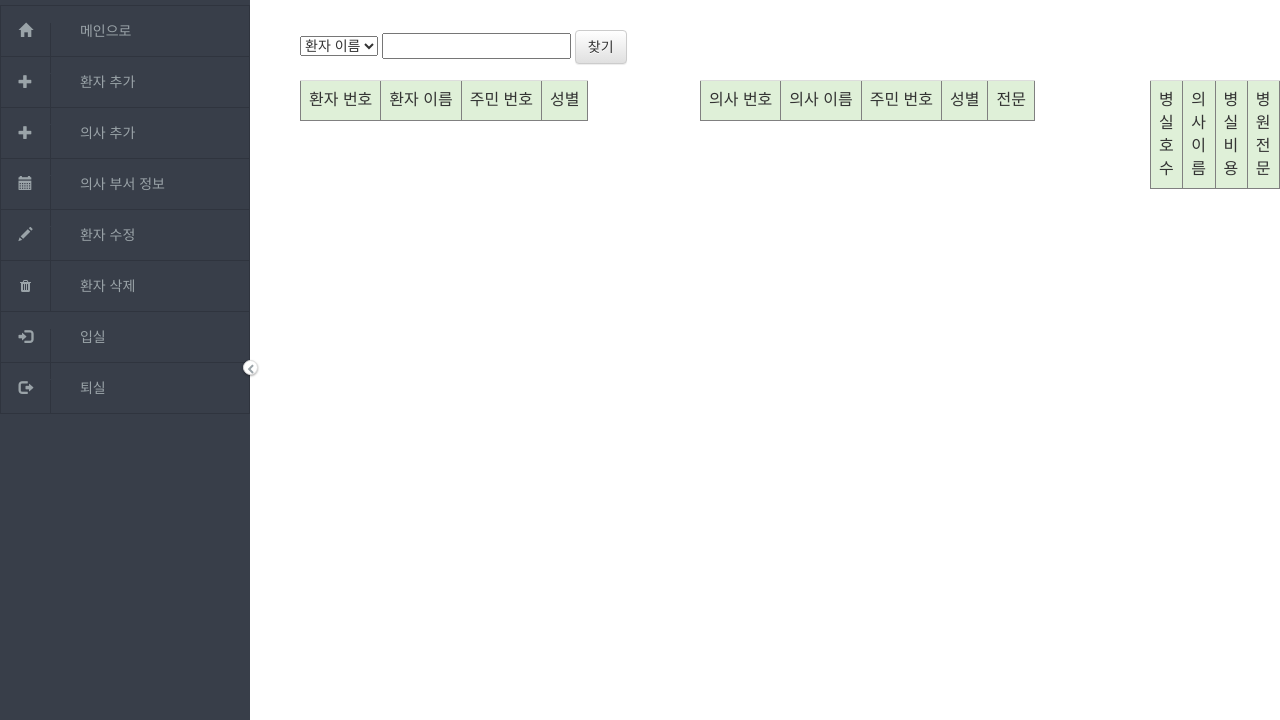
Repository: qaws1134/Hospital_manager
Page: http://localhost/project/main.jsp
An editor plug-in stored every save of this project. The page is shown before and after the next save, followed by the edit.
The browser window is 1280 px wide. The pictures show the whole page.
Some web libraries are served in a nearby version. The page is served by Tomcat 9. Other server files are loaded and not shown. The template is opened directly, without the code that normally fills it, so the values that code supplies are empty.

Above is the page before, as saved 2017-12-09 17:21:12.
Console error (its wording comes from the project's code and is left out).

### project/WebContent/main.jsp
<%@ page language="java" contentType="text/html; charset=UTF-8"
    pageEncoding="UTF-8"%>
<%@ taglib uri="http://java.sun.com/jsp/jstl/core" prefix="c" %>

<html lang="kr">
	<head>

	<meta http-equiv="Content-Type" content="text/html" charset="UTF-8">
	<title>http://www.blueb.co.kr</title>
<link rel="stylesheet" href="http://netdna.bootstrapcdn.com/font-awesome/4.3.0/css/font-awesome.min.css">
<!-- 합쳐지고 최소화된 최신 CSS -->
<link rel="stylesheet" href="https://maxcdn.bootstrapcdn.com/bootstrap/3.3.2/css/bootstrap.min.css">
<!-- 부가적인 테마 -->
<link rel="stylesheet" href="https://maxcdn.bootstrapcdn.com/bootstrap/3.3.2/css/bootstrap-theme.min.css">

<!-- 합쳐지고 최소화된 최신 자바스크립트 -->
<script src="https://maxcdn.bootstrapcdn.com/bootstrap/3.3.2/js/bootstrap.min.js"></script>

<style type="text/css">
input[type="checkbox"]#menu_state {
  display: none;
}
input[type="checkbox"]:checked ~ nav {
  width: 250px;
}
input[type="checkbox"]:checked ~ nav label[for="menu_state"] i::before {
  content: "\f053";
}
input[type="checkbox"]:checked ~ nav ul {
  width: 100%;
}
input[type="checkbox"]:checked ~ nav ul li a i {
  border-right: 1px solid #2f343e;
}
input[type="checkbox"]:checked ~ nav ul li a span {
  opacity: 1;
  transition: opacity 0.25s ease-in-out;
}
input[type="checkbox"]:checked ~ main {
  left: 250px;
}
nav {
  position: fixed;
  z-index: 9;
  top: 0;
  left: 0;
  bottom: 0;
  background: #383e49;
  color: #9aa3a8;
  width: 50px;
  font-family: 'Montserrat', sans-serif;
  font-weight: lighter;
  transition: all 0.15s ease-in-out;
}
nav label[for="menu_state"] i {
  cursor: pointer;
  position: absolute;
  top: 50%;
  right: -8px;
  box-shadow: 0 1px 3px rgba(0,0,0,0.12), 0 1px 2px rgba(0,0,0,0.24);
  background: #fff;
  font-size: 10px;
  display: flex;
  justify-content: center;
  align-items: center;
  height: 15px;
  width: 15px;
  border-radius: 50%;
  border: 1px solid #ddd;
  transition: width 0.15s ease-in-out;
  z-index: 1;
}
nav label[for="menu_state"] i::before {
  margin-top: 2px;
  content: "\f054";
}
nav label[for="menu_state"] i:hover {
  box-shadow: 0 10px 20px rgba(0,0,0,0.19), 0 6px 6px rgba(0,0,0,0.23);
}
nav ul {
  overflow: hidden;
  display: block;
  width: 50px;
  list-style-type: none;
  padding: 0;
  margin: 0;
}
nav ul li {
  border: 1px solid #2f343e;
  position: relative;
}
nav ul li.unread:after {
  content: attr(data-content);
  position: absolute;
  top: 10px;
  left: 25px;
  display: flex;
  justify-content: center;
  align-items: center;
  width: 15px;
  height: 15px;
  border-radius: 50%;
  color: #fff;
  background: #ef5952;
  font-size: 8px;
}
nav ul li:not(:last-child) {
  border-bottom: none;
}
nav ul li.active a {
  background: #4c515d;
  color: #fff;
}
nav ul li a {
  position: relative;
  display: block;
  white-space: nowrap;
  text-decoration: none;
  color: #9aa3a8;
  height: 50px;
  width: 100%;
  transition: all 0.15s ease-in-out;
}
nav ul li a:hover {
  background: #4c515d;
  color: #fff;
}
nav ul li a * {
  height: 100%;
  display: inline-block;
}
nav ul li a i {
  text-align: center;
  width: 50px;
  z-index: 999999;
}
nav ul li a i.fa {
  line-height: 50px;
}
nav ul li a span {
  padding-left: 25px;
  opacity: 0;
  line-height: 50px;
  transition: opacity 0.1s ease-in-out;


}

</style>
</head>

<body>
<input type="checkbox" id="menu_state" checked>
<nav>
	<label for="menu_state"><i class="fa"></i></label>
	<ul>
    <li>
      <a href="main.do">
        <i class="glyphicon glyphicon-home"></i>
        <span>메인으로</span>   <!--환자 대기 목록,병실 목록 및 현황-->
      </a>
    </li>
		<li>
			<a href="P_addui.do">
				<i class="glyphicon glyphicon-plus"></i>
				<span>환자 추가</span>
			</a>
		</li>
		<li>
			<a href="D_addui.do">
				<i class="glyphicon glyphicon-plus"></i>
				<span>의사 추가</span>
			</a>
		</li>

		<li>
			<a href="D_clsif.do">
				<i class="glyphicon glyphicon-calendar"></i>
				<span>의사 부서 정보</span>
			</a>
		</li>

		<li>
			<a href="cristal.do">
				<i class="glyphicon glyphicon-pencil"></i>
				<span>환자 수정</span>
			</a>
		</li>
		<li>
			<a href="delsel.do">
				<i class="fa fa-trash"></i>
				<span>환자 삭제</span>
			</a>
		</li>
      <li>
      <a href="insel.do">
        <i class="glyphicon glyphicon-log-in"></i>
        <span>입실</span>
      </a>
    </li>
        <li>
      <a href="javascript:void(0)">
        <i class="glyphicon glyphicon-log-out"></i>
        <span>퇴실</span>
      </a>
    </li>
	</ul>
</nav>
<section style="position:absolute; top:30px;left:300px">
<form action="search.do">
	<select name ="searchName"size ="1">
		<option value="p_name">환자 이름</option>
		<option value="d_name">의사 이름</option>
		<option value="d_cls">병원 종류</option>
	</select>
	<input type="text" name="searchValue"  >
	<input type="submit"  value="찾기" class="btn btn-default">
</form>
</section>

<!-- 환자 정보	 -->
<section style="position:absolute; top:80px;left:300px">
      <table border="1" class="table table-striped">
      	<tr  class="success">
      		<td>환자 번호</td>
      		<td>환자 이름</td>
      		<td>주민 번호</td>
      		<td>성별</td>
      	</tr>

      	<c:forEach items="${P_list}" var="dto">
	      	<tr>
	      		<td>${dto.p_NUM}</td>
	      		<td>${dto.p_NAME}</td>
	      		<td>${dto.p_PERNUM}</td>
	      		<td>${dto.p_GENDER }</td>
	      	</tr>
		</c:forEach>
      </table>
</section>
<!-- 의사 정보 -->
<section style="position:absolute; top:80px;left:700px">
     <table border="1" class="table table-striped">
      	<tr  class="success">
      		<td>의사 번호</td>
      		<td>의사 이름</td>
      		<td>주민 번호</td>
      		<td>성별</td>
      		<td>전문</td>
      	</tr>


      	<c:forEach items="${D_list}" var="dto">
	      	<tr>
	      		<td>${dto.d_NUM}</td>
	      		<td>${dto.d_NAME}</td>
	      		<td>${dto.d_PERNUM}</td>
	      		<td>${dto.d_GENDER }</td>
	      		<td>${dto.d_CLS}</td>
	      	</tr>
		</c:forEach>
      </table>
</section>

<!-- 병실 정보 -->
<section style="position:absolute; top:80px;left:1150px">
      <table border="1" class="table table-striped">
      	<tr  class="success">
      		<td>병실 호수</td>
      		<td>의사 이름</td>
      		<td>병실 비용</td>
  			<td>병원 전문</td>


      	</tr>

      	<c:forEach items="${D_inshow}" var="dto">
	      	<tr>
	      		<td>${dto.h_NUM}호</td>
	      		<td>${dto.d_NAME}</td>
	      		<td>${dto.h_COST}</td>
	      		<td>${dto.d_CLS}</td>
	      	</tr>
		</c:forEach>
      </table>
</section>

<!--
<section style="position:absolute; top:400px;left:300px">
     <table border="1">
		<tr>
      	<c:forEach items="${D_list}" var="dto">
	      		<td>${dto.d_NUM}</td>
	      		<td>${dto.d_NAME}</td>
	      		<td>${dto.d_PERNUM}</td>
	      		<td>${dto.d_GENDER }</td>
	      		<td>${dto.d_CLS}</td>
		</c:forEach>
		</tr>
		<tr>
      	<c:forEach items="${D_list}" var="dto">
	      		<td>${dto.d_NUM}</td>
	      		<td>${dto.d_NAME}</td>
	      		<td>${dto.d_PERNUM}</td>
	      		<td>${dto.d_GENDER }</td>
	      		<td>${dto.d_CLS}</td>
		</c:forEach>
		</tr>
		<tr>
      	<c:forEach items="${D_list}" var="dto">
	      		<td>${dto.d_NUM}</td>
	      		<td>${dto.d_NAME}</td>
	      		<td>${dto.d_PERNUM}</td>
	      		<td>${dto.d_GENDER }</td>
	      		<td>${dto.d_CLS}</td>
		</c:forEach>
		</tr>
      </table>
</section>
-->



</body>
</html>

After the next save:
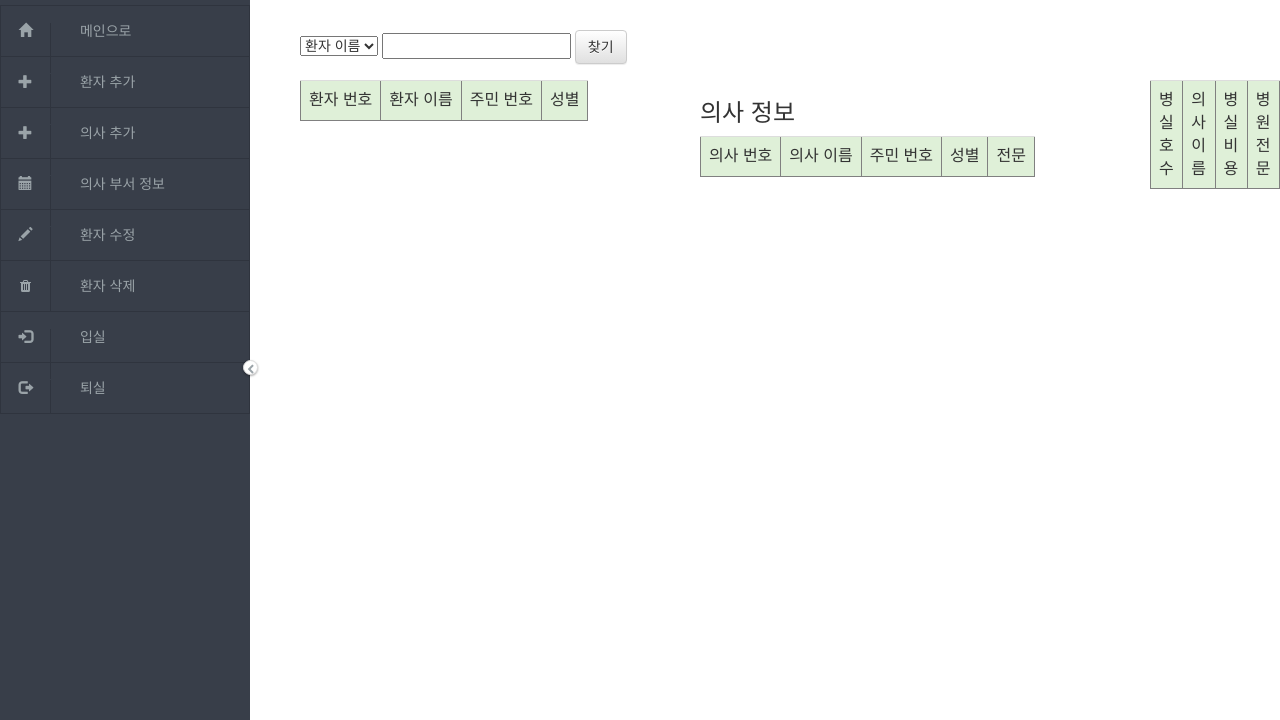
Saved 26 s later.
--- a/project/WebContent/main.jsp
+++ b/project/WebContent/main.jsp
@@ -240,6 +240,7 @@ nav ul li a span {
 </section>
 <!-- 의사 정보 -->
 <section style="position:absolute; top:80px;left:700px">
+<h3>의사 정보</h3>
      <table border="1" class="table table-striped">
       	<tr  class="success">
       		<td>의사 번호</td>
